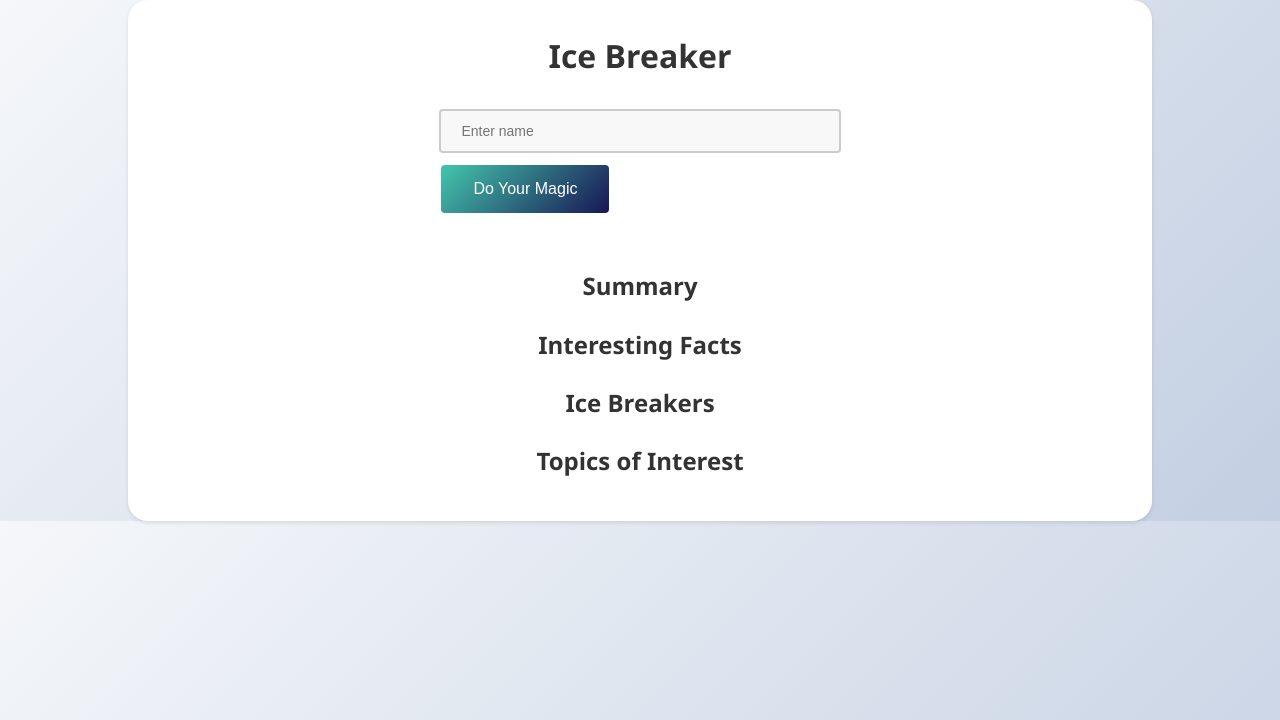
Repository: kunal02kb/Minor-Project-LangCahin
Page: http://localhost/
The author's editor kept a copy of each file at every save. The page is drawn from the files as they stood at one save, then again after the next save.
The browser window is 1280 px wide. The pictures show the whole page.
Some web libraries are served in a nearby version. The page is served by the project's application, run on Flask 3 (app.py). Other server files are loaded and not shown.

Above is the page before, as saved 2023-09-27 08:22:50.

### templates/index.html
<!DOCTYPE html>
<html lang="en">
<head>
    <meta charset="UTF-8">
    <meta name="viewport" content="width=device-width, initial-scale=1.0">
    <link rel="stylesheet" href="{{ url_for('static', filename='css/style.css') }}">
    <script src="https://code.jquery.com/jquery-3.6.0.min.js"></script>
    <title>Ice Breaker</title>
    <link rel="stylesheet" href="https://cdnjs.cloudflare.com/ajax/libs/font-awesome/6.1.0/css/all.min.css" />
    <div class="spinner-container" id="spinner-container" style="display: none;">
        <i id="loading-spinner" class="fas fa-spinner fa-spin"></i>
    </div>
</head>
<body>
    <div class="container">
        <h1>Ice Breaker</h1>
        <form id="name-form">
            <input type="text" id="name" name="name" placeholder="Enter name">
            <button id="magic-button" type="submit">Do Your Magic</button>
        </form>
        <div id="result">
            <img id="profile-pic" src="" alt="Profile Picture" style="display: none; max-width: 100%; height: auto; border-radius: 50%; margin-bottom: 20px;">
            <h2>Summary</h2>
            <p id="summary-and-facts"></p>
            <h2>Interesting Facts</h2>
            <div id="interests"></div>
            <h2>Ice Breakers</h2>
            <div id="ice-breakers"></div>
            <h2>Topics of Interest</h2>
            <div id="topics-of-interest"></div>
        </div>
    </div>
    <script>
        $(document).ready(function () {
            $('#name-form').on('submit', function (e) {
                e.preventDefault();
                $('#spinner-container').show();
                $.ajax({
                    url: '/process',
                    data: $('#name-form').serialize(),
                    type: 'POST',
                    success: function (response) {
                        $('#profile-pic').attr('src', response.picture_url); // Update the profile picture src attribute
                        $('#profile-pic').show(); // Show the profile picture
                        $('#summary-and-facts').text(response.summary);
                        $('#interests').html('<ul>' + response.facts.map(fact => '<li>' + fact + '</li>').join('') + '</ul>');
                        $('#ice-breakers').html('<ul>' + response.ice_breakers.map(ice_breaker => '<li>' + ice_breaker + '</li>').join('') + '</ul>');
                        $('#topics-of-interest').html('<ul>' + response.interests.map(topic => '<li>' + topic + '</li>').join('') + '</ul>');
                    },
                    error: function (error) {
                        console.log(error);
                    },
                    complete: function () {
                        $('#spinner-container').hide();
                    }
                });
            });
        });
    </script>
</body>
</html>

### app.py
from flask import Flask, render_template, request, jsonify
from ice_breaker import ice_break

app = Flask(__name__)


@app.route("/")
def index():
    return render_template("index.html")


@app.route("/process", methods=["POST"])
def process():
    name = request.form["name"]
    person_info, profile_pic_url = ice_break(name=name)

    # print(person_info.summary)
    # print( person_info.topic_of_interest)
    # print( person_info.facts)
    # print( person_info.ice_breaker)
    # print(profile_pic_url)

    return jsonify(
        {
            "summary": person_info.summary,
            "interests": person_info.topic_of_interest,
            "facts": person_info.facts,
            "ice_breakers": person_info.ice_breaker,
            "picture_url": profile_pic_url,
        }
    )


if __name__ == "__main__":
    app.run(host="0.0.0.0", debug=True)

### static/css/style.css

* {
    box-sizing: border-box;
    margin: 0;
    padding: 0;
}

body {
    font-family: 'Segoe UI', Tahoma, Geneva, Verdana, sans-serif;
    background-color: #f5f5f5;
    color: #333;
    line-height: 1.6;
}

.container {
    width: 80%;
    margin: 0 auto;
    padding: 30px;
    background-color: #ffffff;
    box-shadow: 0 2px 4px rgba(0, 0, 0, 0.1);
    border-radius: 20px;
    display: flex;
    flex-direction: column;
    align-items: center;
}

h1 {
    font-size: 32px;
    margin-bottom: 20px;
}

input[type="text"] {
    width: 100%;
    padding: 12px 20px;
    margin: 8px 0;
    box-sizing: border-box;
    border: 2px solid #ccc;
    border-radius: 4px;
    background-color: #f8f8f8;
    font-size: 14px;
}

button {
    background-color: #4caf50;
    border: none;
    color: white;
    padding: 15px 32px;
    text-align: center;
    text-decoration: none;
    display: inline-block;
    font-size: 16px;
    margin: 4px 2px;
    cursor: pointer;
    border-radius: 4px;
    transition: 0.3s;
}

button:hover {
    background-color: #45a049;
}

#result {
    margin-top: 30px;
    width: 100%;
    text-align: center;
}


#loading {
  display: none;
  position: fixed;
  top: 0;
  right: 0;
  bottom: 0;
  left: 0;
  z-index: 999;
  background-color: rgba(255, 255, 255, 0.8);
}

.loader {
  position: absolute;
  top: 50%;
  left: 50%;
  transform: translate(-50%, -50%);
  border: 8px solid #f3f3f3;
  border-top: 8px solid #3498db;
  border-radius: 50%;
  width: 50px;
  height: 50px;
  animation: spin 2s linear infinite;
}

p {
    font-size: 18px;
    margin-bottom: 10px;
}

h2 {
    font-size: 24px;
    margin-bottom: 10px;
    margin-top: 20px;
}


/* style.css */

/* Add or update this in your style.css file */

body {
    font-family: 'Segoe UI', Tahoma, Geneva, Verdana, sans-serif;
    background-color: #f5f5f5;
    color: #333;
    line-height: 1.6;
    background-image: linear-gradient(135deg, #f5f7fa 0%, #c3cfe2 100%);
}

.spinner-container {
    position: fixed;
    display: flex;
    align-items: center;
    justify-content: center;
    top: 0;
    right: 0;
    bottom: 0;
    left: 0;
    z-index: 999;
}

#loading-spinner {
    font-size: 48px;
}

button {
    background-color: #4caf50;
    background-image: linear-gradient(135deg, #43c6ac 0%, #191654 100%);
    border: none;
    color: white;
    padding: 15px 32px;
    text-align: center;
    text-decoration: none;
    display: inline-block;
    font-size: 16px;
    margin: 4px 2px;
    cursor: pointer;
    border-radius: 4px;
    transition: 0.3s;
}

After the next save:
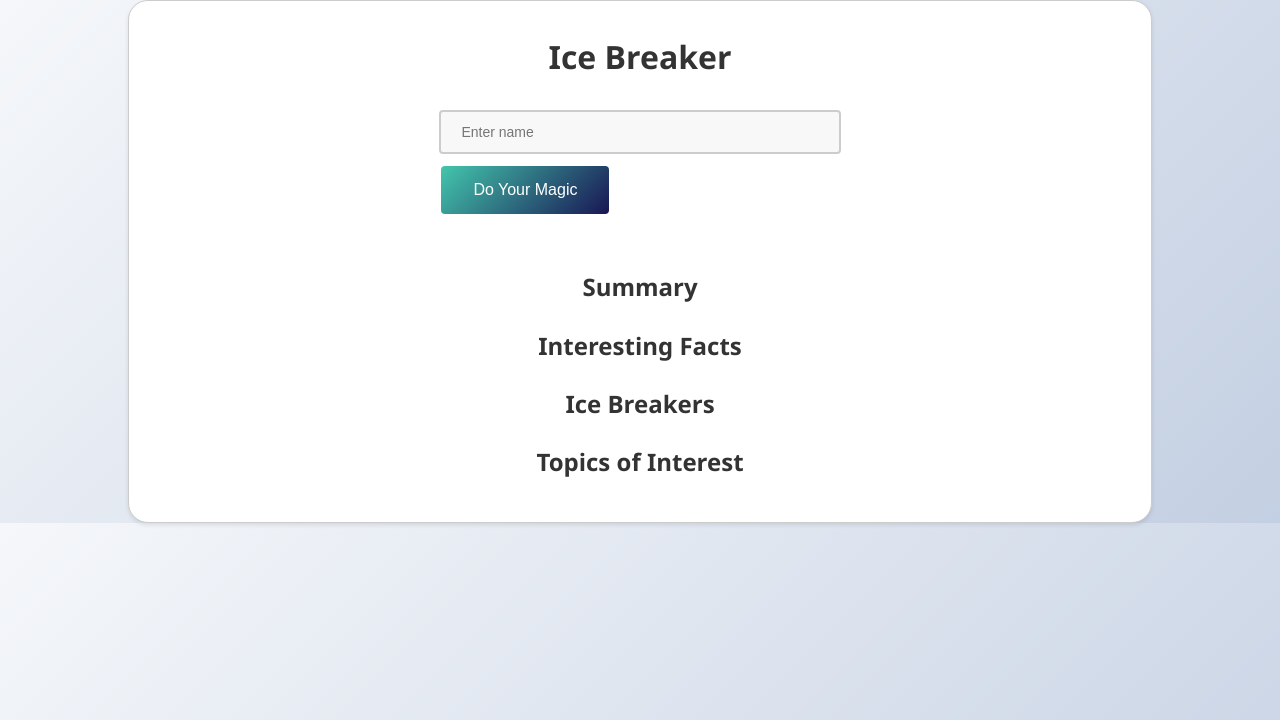
Saved 20 s later.
--- a/static/css/style.css
+++ b/static/css/style.css
@@ -18,6 +18,7 @@ body {
     padding: 30px;
     background-color: #ffffff;
     box-shadow: 0 2px 4px rgba(0, 0, 0, 0.1);
+    border: 1px solid #ccc;
     border-radius: 20px;
     display: flex;
     flex-direction: column;
